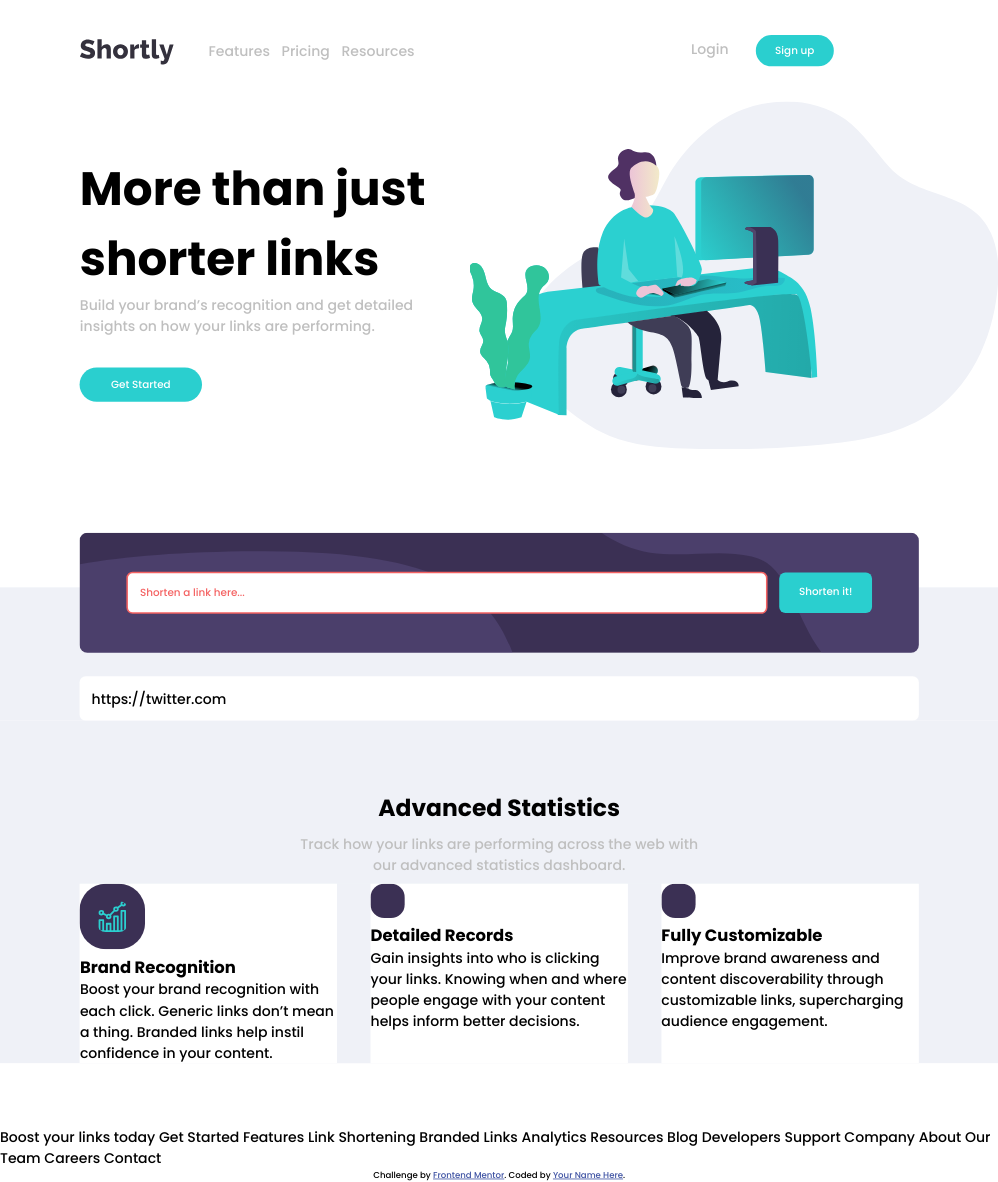
Repository: mamulini/URL-shortener
Page: index.html
The author's editor kept a copy of each file at every save. The page is drawn from the files as they stood at one save, then again after the next save.
The browser window is 1280 px wide. The pictures show the whole page, at 78% of full size.
The style sheet was rebuilt from its Sass, Less or Tailwind sources for each picture, by a compiler version that may differ from the author's.

Above is the page before, as saved 2020-04-12 19:15:32.

### index.html
<!DOCTYPE html>
<html lang="en">
<head>
  <meta charset="UTF-8">
  <meta name="viewport" content="width=device-width, initial-scale=1.0"> <!-- displays site properly based on user's device -->

  <link rel="icon" type="image/png" sizes="32x32" href="./images/favicon-32x32.png">
  <link rel="stylesheet" href="./sass/main.css">

  <title>Frontend Mentor | Shortly URL shortening API Challenge</title>

  <!-- Feel free to remove these styles or customise in your own stylesheet 👍 -->

</head>
<body>
  <header class="header container">
    <a href="/" class="header__logo"><img src="./images/logo.svg" alt="logo">
    </a>
    <nav class="nav">
      <ul class="nav__menu">
        <li class="nav__item"><a class="nav__link" href="#">Features</a></li>
        <li class="nav__item"><a class="nav__link" href="#">Pricing</a></li>
        <li class="nav__item"><a class="nav__link" href="#">Resources</a></li>
      </ul>
    </nav>
    <div class="user">
      <a class="user__login" href="#" >Login</a>
      <button class="user__sign-up btn--blue" type="button">Sign up</button>
    </div>

  </header>
  <main class="main">
    <div class="intro">
      <div class="intro__description">
        <h1 class="intro__title">More than just shorter links</h1>
        <p class="intro__subtitle">Build your brand’s recognition and get detailed <br> insights
          on how your links are performing.</p>
        <button class="intro__btn btn--blue">Get Started</button>

      </div>
      <div class="intro__img">
        <img src="./images/illustration-working.svg" alt="image">
      </div>
    </div>
    <div class="shorten ">
      <div class="shorten__handler container">
        <form class="shorten__form">
          <input class="shorten__input" type="text" value="" placeholder="Shorten a link here...">
          <button class="shorten__btn btn--blue" type="button">Shorten it!</button>
        </form>
      </div>
      <div class="shorten__link container">
        https://twitter.com
      </div>
    </div>
    <div class="statistics ">
      <h2 class="statistics__title">Advanced Statistics</h2>
      <p class="statistics__subtitle">Track how your links are performing across the web with our
        advanced statistics dashboard.</p>
      <div class="blocks_wrapper container">
        <div class="block block--1">
          <img src="./images/icon-brand-recognition.svg" alt="" class="block__icon">
          <h3 class="block__title">Brand Recognition</h3>
          <p class="block__subtitle">Boost your brand recognition with each click. Generic links don’t
            mean a thing. Branded links help instil confidence in your content.</p>
        </div>
        <div class="block block--2">
          <img src="" alt="" class="block__icon">
          <h3 class="block__title">Detailed Records</h3>
          <p class="block__subtitle">Gain insights into who is clicking your links. Knowing when and where
            people engage with your content helps inform better decisions.</p>
        </div>
        <div class="block block--3">
          <img src="" alt="" class="block__icon">
          <h3 class="block__title">Fully Customizable</h3>
          <p class="block__subtitle">Improve brand awareness and content discoverability through customizable
            links, supercharging audience engagement.</p>
        </div>
      </div>
    </div>
  </main>

  <br>
  <br>
  <br>
  Boost your links today

  Get Started

  Features

  Link Shortening
  Branded Links
  Analytics

  Resources

  Blog
  Developers
  Support

  Company

  About
  Our Team
  Careers
  Contact

  <div class="attribution">
    Challenge by <a href="https://www.frontendmentor.io?ref=challenge" target="_blank">Frontend Mentor</a>.
    Coded by <a href="#">Your Name Here</a>.
  </div>
</body>
</html>

### sass/main.scss
@import url('https://fonts.googleapis.com/css2?family=Poppins:wght@500;700&display=swap');

// colors
$text_gray: hsl(0, 0%, 75%);
$cyan_btn:  hsl(180, 66%, 49%);
$dark_bg : hsl(257, 27%, 26%);
$red : hsl(0, 87%, 67%);
$light_bg: #eff1f7;

* {
    padding: 0;
    margin: 0;
    box-sizing: border-box;
}

body{
    font-size: 18px;
    font-family: 'poppins', sans-serif;
    font-weight: 500;

}

img {
    max-width: 100%;
}

.container {
    max-width: 84%;
    margin: 0 auto;
}

.header {
    margin-top: 40px;
    margin-bottom: 40px;
    display: flex;
    justify-content: flex-start;
    align-items: center;
    &__logo{
        flex: 0 0 25%;
        max-width: 150px;
        margin-top: 10px;
    }
}

.nav{
    flex: 0 0 25%;
    &__menu{
        display: flex;
        justify-content: space-between;
        list-style: none;

    }

    &__item{
        margin-left: 15px;
    }

    &__link{
        text-decoration: none;
        color: $text_gray;
        &:hover{
            color: #000000;
        }
    }
}

.user{
    flex: 0 0 50%;
    text-align: right;

    &__login{
        color: $text_gray;
        margin-right: 30px;
        text-decoration: none;
        &:hover{
            color: #000000;
        }
    }
}

.btn--blue{
    padding: 10px 25px;
    border: none;
    cursor: pointer;
    display: inline-block;
    border-radius: 50px;
    background: $cyan_btn;
    outline: none;
    color: #ffffff;
    font-family: 'poppins', sans-serif;
    font-weight: 500;

    &:hover{
        opacity: .5;
    }

    &:active{
        transform: scale(0.90);
    }
}

.intro{
    display: flex;
    justify-content: space-between;

    &__description{
        display: flex;
        flex-direction: column;
        justify-content: center;
        align-items: flex-start;
        max-width: 500px;
        margin-left: 8%;
    }

    &__title {
        font-size: 60px;
    }

    &__subtitle {
        text-align-last: left;
        color: $text_gray;
    }

    &__btn{
        margin-top: 40px;
        padding: 12px 40px;
    }
}

.shorten{
    background: $light_bg;
    margin-top: 170px;

    &__handler{
        background-image: url('../images/bg-shorten-desktop.svg');
        background-position: center;
        background-size: cover;
        background-color: $dark_bg;
        border-radius: 10px;
        position: relative;
        top: -70px;
        margin-bottom: -60px;
    }

    &__form{
        display: flex;
        justify-content: space-between;
        align-items: center;
        padding: 50px 60px;
    }

    &__input{
        flex: 1;
        padding: 15px;
        border-radius: 8px;
        margin-right: 15px;
        font-family:'poppins', sans-serif;
        border: 2px solid $red;
        outline: none;
         &::placeholder{
            color: $red;
         }
    }

    &__btn{
        border-radius: 8px;
        padding-top: 15px;
        padding-bottom: 17px;
    }

    &__link{
        background: #ffffff;
        padding: 15px;
        margin-top: 20px;
        border-radius: 8px;
    }
}

.statistics{
    background: $light_bg;
    text-align: center;
    padding-top: 90px;

    &__title {
        font-size: 30px;
    }
    &__subtitle{
        max-width: 520px;
        margin: 10px auto;
        color: $text_gray;
    }
}

.blocks_wrapper {
    display: flex;
    justify-content: space-between;
    flex-wrap: wrap;
    background: $light_bg;
}

.block{
    flex: 0 0 calc(33% - 25px);
    background: #ffffff;
    text-align: left;

    &__icon{
        background: $dark_bg ;
        padding: 20px;
        border: 2px solid transparent;
        border-radius: 40%;

    }
}

.attribution { font-size: 11px; text-align: center; }
.attribution a { color: hsl(228, 45%, 44%); }

After the next save:
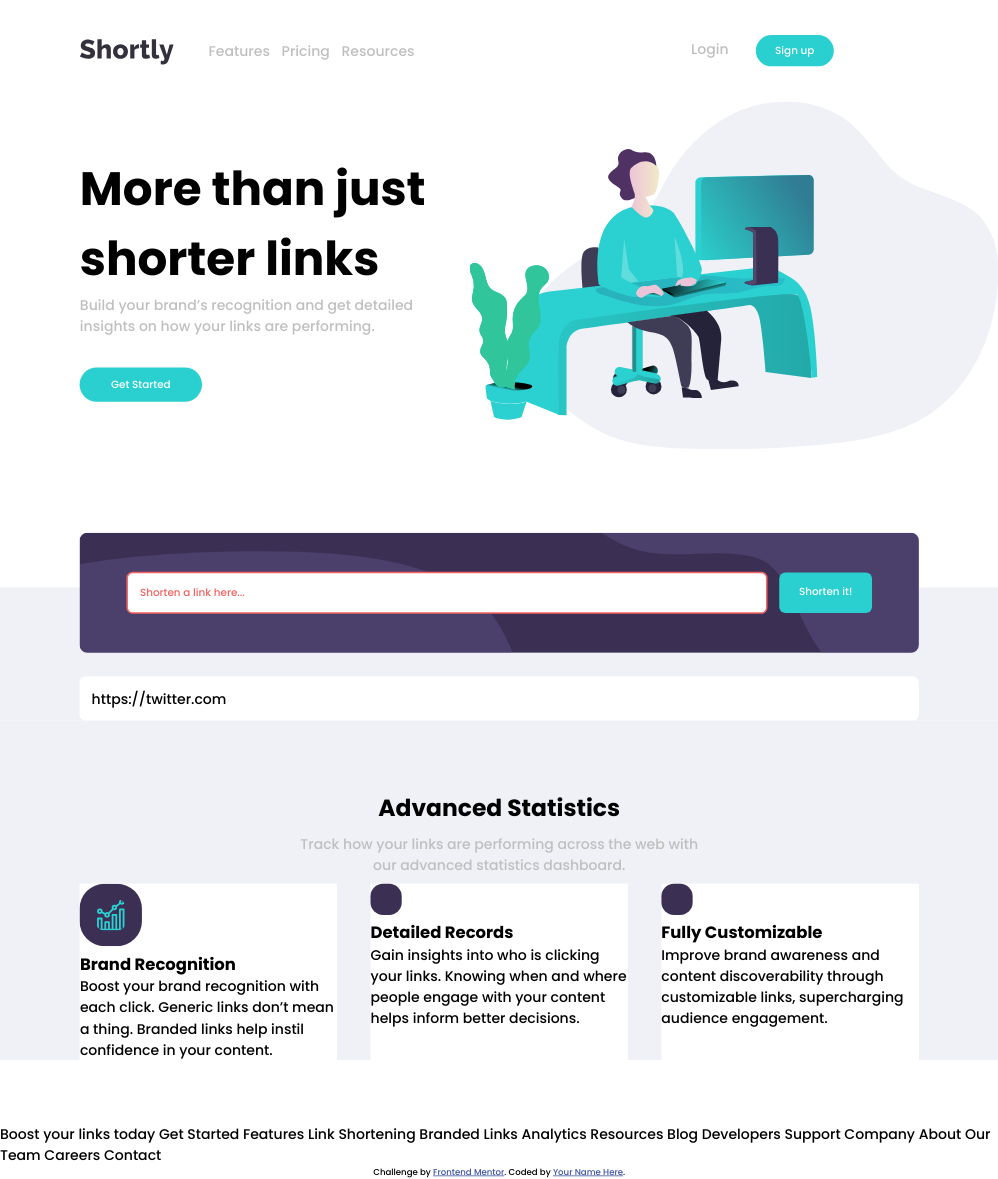
Saved 29 s later.
--- a/sass/main.scss
+++ b/sass/main.scss
@@ -206,7 +206,6 @@ img {
     &__icon{
         background: $dark_bg ;
         padding: 20px;
-        border: 2px solid transparent;
         border-radius: 40%;
 
     }
